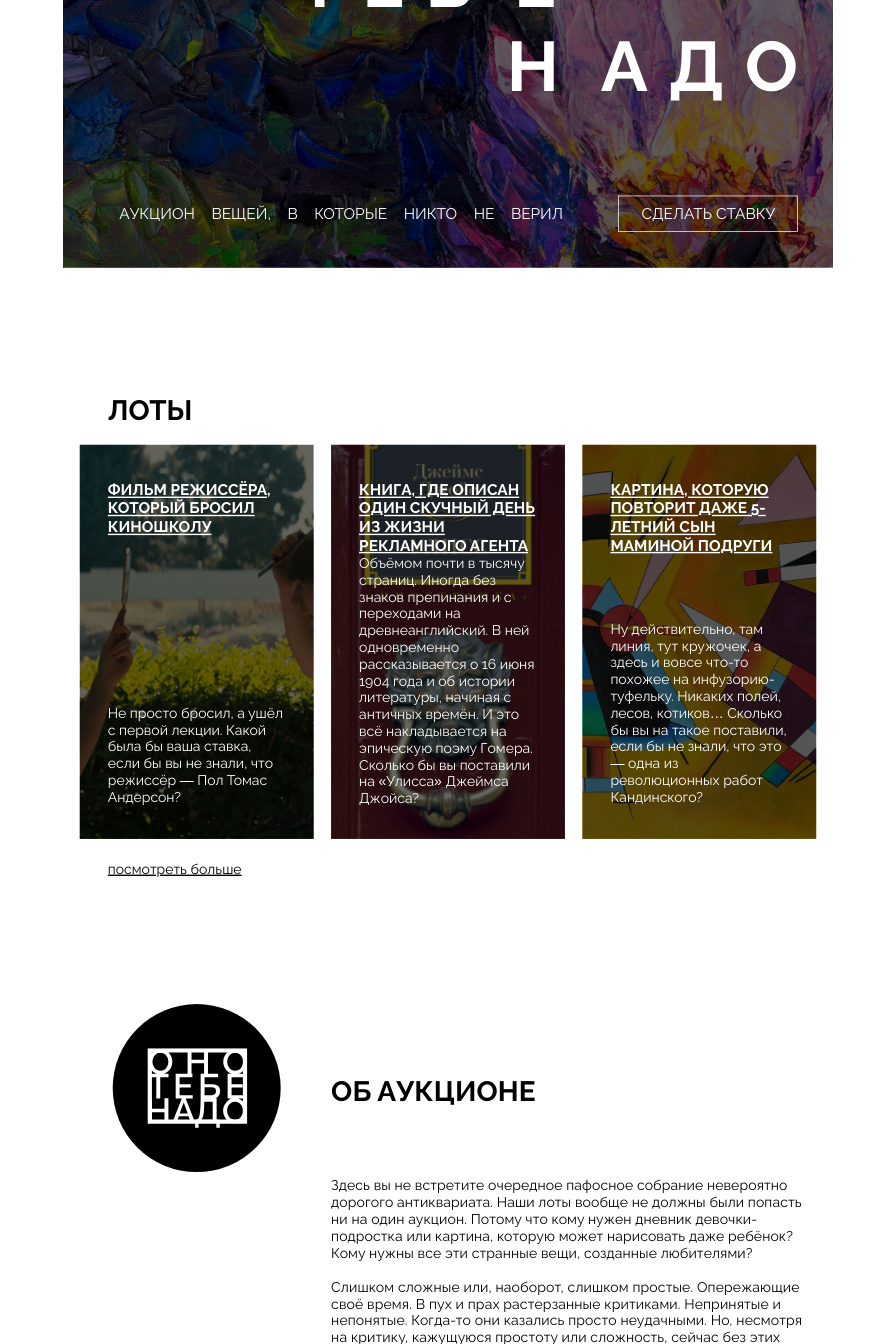
Repository: Smoyki/ono-tebe-nado
Page: index.html
The author's editor kept a copy of each file at every save. The page is drawn from the files as they stood at one save, then again after the next save.
The browser window is 1280 px wide. The pictures show the part of the page from y = 668 to 2588 px (the page is 3027 px tall), at 70% of full size.

Above is the page before, as saved 2024-04-18 12:05:54.

### index.html
<!DOCTYPE html>
<html lang="ru">
  <head>
    <meta charset="UTF-8" />
    <meta http-equiv="X-UA-Compatible" content="IE=edge" />
    <meta name="viewport" content="width=device-width, initial-scale=1.0" />
    <title>Оно тебе надо — аукцион вещей, в которые никто не верил!</title>
    <link rel = "stylesheet" href="./fonts/fonts.css" />
    <link rel = "stylesheet" href="./styles/global.css" />
    <link rel = "stylesheet" href="./styles/style.css" />
  </head>
  <body>
    <div class="wrapper">
    <header class= "header">
      <nav class="header__menu">
        <ul class = "header__links-list">
          <li class ="header__links-list-item_no-bullit"><a class ="header__link header__link_active" href="#">главная</a></li>
          <li class ="header__links-list-item"><a class ="header__link header__link_active" href="#">посмотреть лоты</a></li>
          <li class ="header__links-list-item"><a class ="header__link header__link_active" href="#">об аукционе</a></li>
        </ul>
      </nav>
        <a class="header__logo" ><img alt ='Логотип' class="header__logo-image" src="./images/logo-black.svg"/></a>
      <address class ="address header__address">
        <a class ='address__item'  href="tel:+99995555555">+9 999 555 5555</a>
        <a class ='address__item'  href="mailto:info@sobaka.ge">info@sobaka.ge</a>
        <p class="address__address-text" >
          наб. Принсенграхт 263-<br />265, Амстердам
        </p>
      </address>
    </header>
    <main class ="main_sections">
      <section class="cover content-section">
        <div class="overlay"></div>
          <h1 class="cover__title">
            <span class="aligned-text">о<span class="letter-spacing-extended">но</span></span>
            <span class="aligned-text aligned-text_center">те<span class="letter-spacing-extended">бе</span></span>
            <span class="aligned-text aligned-text_right"><span class="letter-spacing-extended">н</span>ад<span class="remove-spacing">о</span></span>
          </h1>
          <div class="cover__description">
            <p class="cover__description-text">
              Аукцион вещей, в которые никто не верил
            </p>
            <button class="bet-button">Сделать ставку</button>
        </div>
      </section>
      <section class="lots">
        <h2 class="lots__heading">Лоты</h2>
        <ul class="lots__card-list">
          <li class="lots__card-list-item">
            <a class="card-link" href="#0">
              <article class="card card_type_film">
                <div class="overlay">
                <h3 class="card__title">
                  Фильм режиссёра, который бросил киношколу
                </h3>
                <p class="card__text">
                  Не просто бросил, а ушёл с первой лекции. Какой была бы ваша
                  ставка, если бы вы не знали, что режиссёр — Пол Томас
                  Андерсон?
                </p>
              </div>
              </article>
            </a>
          </li>
          <li class="lots__card-list-item">
            <a class="card-link" href="#0">
              <article class="card card_type_book">
                <div class="overlay">
                <h3 class="card__title">
                  Книга, где описан один скучный день из жизни рекламного агента
                </h3>
                <p class="card__text">
                  Объёмом почти в тысячу страниц. Иногда без знаков препинания и
                  с переходами на древнеанглийский. В ней одновременно
                  рассказывается о 16 июня 1904 года и об истории литературы,
                  начиная с античных времён. И это всё накладывается на
                  эпическую поэму Гомера. Сколько бы вы поставили на «Улисса»
                  Джеймса Джойса?
                </p>
              </div>
              </article>
            </a>
          </li>
          <li class="lots__card-list-item">
            <a class="card-link" href="#0">
              <article class="card card_type_picture">
                <div class="overlay">
                <h3 class="card__title">
                  Картина, которую повторит даже 5-летний сын маминой подруги
                </h3>
                <p class="card__text">
                  Ну действительно, там линия, тут кружочек, а здесь и вовсе
                  что-то похожее на инфузорию-туфельку. Никаких полей, лесов,
                  котиков… Сколько бы вы на такое поставили, если бы не знали,
                  что это — одна из революционных работ Кандинского?
                </p>
              </div>
              </article>
            </a>
          </li>
        </ul>
        <a class="lots__look-more-link text-link" href="#0">посмотреть больше</a>
      </section>
      <section class="about content-section">
          <div class="logo__container">
          <div class="about__logo">
            <img
              class="about__logo-image"
              src="./images/logo-white.svg"
              alt="Логотип проекта"
            />
          </div>
        </div>
        <div class="second__column__text">
          <div class="about__column_text">
            <h2 class="about__title">Об аукционе</h2>
            <div class="about__text">
              <p>
                Здесь вы не встретите очередное пафосное собрание невероятно
                дорогого антиквариата. Наши лоты вообще не должны были попасть ни
                на один аукцион. Потому что кому нужен дневник девочки-подростка
                или картина, которую может нарисовать даже ребёнок? Кому нужны все
                эти странные вещи, созданные любителями?
              </p>
              <p>
                Слишком сложные или, наоборот, слишком простые. Опережающие своё
                время. В пух и прах растерзанные критиками. Непринятые и
                непонятые. Когда-то они казались просто неудачными. Но, несмотря
                на критику, кажущуюся простоту или сложность, сейчас без этих
                лотов невозможно представить современную культуру. Когда в эти
                вещи не верил никто, продолжали верить их создатели. И сейчас эти
                лоты стали культовыми.
              </p>
            </div>
          </div>
        </div>
      </section>
    </main>
      <footer class = 'footer'>
        <address class ="address_footer">
          <a class ='address__item'  href="tel:+99995555555">+9 999 555 5555</a>
          <a class ='address__item'  href="mailto:info@sobaka.ge">info@sobaka.ge</a>
          <p class="foother_address__address-text" >
            наб. Принсенграхт 263-<br />265, Амстердам
          </p>
        </address>
          <ul class = "footer__menu-list">
            <li class ="footer__menu-list-item"><a class ="footer__menu-link active" href="#">главная</a></li>
            <li class ="footer__menu-list-item"><a class ="footer__menu-link" href="#">посмотреть лоты</a></li>
            <li class ="footer__menu-list-item"><a class ="footer__menu-link" href="#">об аукционе</a></li>
          </ul>
        <ul class = "footer__social-list">
          <li class ="footer__social-list-item"><a class ="footer__social-link" href="#"><img class="footer__social-icon" src="./images/yt.svg" alt="Иконка"></a></li>
          <li class ="footer__social-list-item"><a class ="footer__social-link" href="#"><img class="footer__social-icon" src="./images/vk.svg" alt="Иконка"></a></li>
          <li class ="footer__social-list-item"><a class ="footer__social-link" href="#"><img class="footer__social-icon" src="./images/pinterest.svg" alt="Иконка"></a></li>
        </ul>
      </footer>
    </div>
  </body>
</html>

### styles/style.css
.main_sections {
  flex-direction: column;
  display: flex;
}

.content-section {
  margin: auto 0;
  width: 100%;
}

.header {
  max-width: 1052px;
  margin: auto;
  padding: 92px 24px 92px 19px;
  display: grid;
  grid-template-columns: 2fr 1fr 2fr;
  justify-content: space-around;
  justify-items: center;
  align-items: center;
}

.header__links-list {
  display: flex;
  flex-direction: row;
  gap: 34px;
  list-style: none;
  font-size: 18px;
  line-height: 21px;
}

.header__menu {
  max-width: 392px;
}

.header__links-list-item {
  list-style: circle;
  text-decoration: underline;
}

.header__links-list-item_no-bullit {
  list-style: none;
}

.header__link {
  font-size: 18px;
  text-decoration:underline;
}

.header__link_active {
  text-decoration:none;
}

.header__logo {
  display:block;
  justify-self: center;
  align-self: center;
  width: fit-content;
  height: fit-content;
}

.header__logo-image {
  width: 148px;
  height: 105px;
  margin: auto;
}

.address {
  max-width: 241px;
  display: flex;
  flex-direction: column;
  font-size: 18px;
  font-style: normal;
  justify-self: end;
  line-height: 135%;
  padding: 0px 38px 0px 0px;
}


.header__address {
  display: flex;
  justify-self: end;
}

.address__item {
  display: flex;
  text-underline-position: under;
}

.cover {
  position: relative;
  padding: 0px 0px 0px 0px;
  background-image: url(../images/cover.jpg);
  background-position:center;
  background-repeat: no-repeat;
  max-width:1100px;
  background-size: cover;
  height: 100%;
  padding: 165px 50px 51px 50px;
}

.overlay {
  position: absolute;
  top: 0;
  left: 0;
  z-index: 1;
  width: 100%;
  height: 100%;
  background: rgba(0, 0, 0, 0.6);
}

.cover__title {
  position: relative;
  z-index: 1;
  line-height: 1.15;
  letter-spacing: 30px;
  text-transform: uppercase;
  display: flex;
  flex-direction: column;
  gap: 20px;
  color: #FFF;
  font-weight: bold;
  font-size: 100px;

}

.aligned-text {
  display: block;
}

.aligned-text_center {
  line-height: 1;
  text-align: center;
}

.aligned-text_right {
  line-height: 1;
  text-align: right;
}

.letter-spacing-extended {
  letter-spacing: 60px;
}

.remove-spacing {
  letter-spacing: normal;
}

.cover__description {
  position: relative;
  z-index: 1;
  display: flex;
  justify-content: flex-end;
  align-items: center;
  gap: 79px;
  padding: 135px 0px 0px 0px;
}

.cover__description-text {
  color: #FFF;
  font-size: 22px;
  line-height: 1.27;
  text-transform: uppercase;
  word-spacing: 18px;
}

.bet-button {
  border: 1px #FFF solid;
  padding: 12px 32px;
  color: #FFF;
  font-family: 'Raleway', sans-serif;
  font-weight: normal;
  font-size: 22px;
  line-height: 26px;
  text-transform: uppercase;
  background-color: transparent;
  cursor: pointer;
}

.bet-button:hover {
  color: #000000;
  background-color: #FFF;
}


.lots {
  padding:179px 24px 146px 24px;
 }

 .lots__heading {
  text-transform: uppercase;
  font-size: 40px;
  padding: 0px 891px 27px 40px;
  line-height: 47px;
  font-weight: 700;
  max-width: 563px;
}

.lots__card-list {
  display: flex;
  gap: 25px;
  list-style: none;
  flex-wrap: wrap;
}

.lots__card-list-item {
  flex-grow:1;
  width: max-content;
}

.card_link {
  display: block;
  height: 100%;
  text-decoration: none;
}

.card {
  display: block;
  position: relative;
  max-width:334px;
  min-height:563px;
  background-repeat: no-repeat;
  background-size: cover;
  background-position: center;
}

.card__title {
  font-size: 22px;
  line-height: 120%;
  text-decoration-line: underline;
  text-transform: uppercase;
  font-family: "Raleway", sans-serif;
  font-style: normal;
  font-weight: 700;
  color: #FFFFFF;
  z-index: 1;
}

.card__text {
  font-family: "Raleway", sans-serif;
  font-style: normal;
  font-weight: 400;
  font-size: 20px;
  line-height: 120%;
  color: #FFFFFF;
  z-index: 1;
}

.card_type_film {
  background-image: url(../images/card-lot-01.jpg);
}

.card_type_book {
  background-image: url(../images/card-lot-02.jpg);

}

.card_type_picture {
  background-image: url(../images/card-lot-03.jpg);
}

.lots .overlay {
  display: flex;
  position: absolute;
  top: 0;
  left: 0;
  z-index: 0;
  padding: 51px 40px 48px 40px;
  flex-direction: column;
  justify-content: space-between;
  text-align: left;
}

.lots__look-more-link {
  display: block;
  padding: 32px 820px 0px 40px;
  font-style: normal;
  font-weight: 400;
  font-size: 20px;
  line-height: 23px;
  color: rgba(0, 0, 0);
}


/* Тут начало секции about */
.about {
  display:  grid;
  grid-template-columns: 287px auto;
  padding:0px 0px 0px 24px;
  min-height: 595px;
  max-width: 1052px;
  column-gap:72px;
}

.about__column_text {
  padding-top:135px;
  display: flex;
  height: fit-content;
  font-family: "Raleway", sans-serif;
  font-style: normal;
  font-weight: 400;
  font-size: 20px;
  line-height: 24px;
  letter-spacing: 0.01em;
  flex-direction: column;
  gap:100px;
  min-width: 693px;
}

.about__logo {
  display: flex;
  justify-content: center;
  align-items: center;
  border-radius: 50%;
  background-color: #000000;
  width: 240px;
  height: 240px;
}

.logo__container {
  display: block;
  position: relative;
  padding:35px 0px 0px 47px;
  width:fit-content;
  height:fit-content;
}

.about__logo-image {
  width: 148px;
  height: 114px;
}

.about__title {
  /* padding: 3px 0px 100px 0px; */
  font-weight: bold;
  font-size: 40px;
  line-height: 47px;
  text-transform: uppercase;
}

.about__text {
  display: flex;
  flex-direction:column;
  gap: 25px;
}

.about__text p:nth-child(1) {
 letter-spacing: 0.01rem;
}


.footer {
  display: flex;
  justify-content: space-between;
  padding: 179px 50px 88px 50px;
  gap:25px;
}

.footer__social-icon {
  width: 48px;
  height: 48px;
}

.address_footer {
  display: flex;
  flex-direction:column;
  width: 240px;

}

.footer__menu-list {
  display: flex;
  flex-direction: column;
  align-items: center;
  font-size: 18px;
  line-height: 24.3px;
  width: 150px;
  height: fit-content;
}

.foother__links-list {
  display:flex;
  flex-direction:column;
}

.footer__social-list-item {
  list-style: none;
  font-family: "Raleway", sans-serif;
  line-height: 21.13px;
}

.footer__menu-list-item {
  list-style: none;
  font-family: "Raleway", sans-serif;
}

.footer__menu-link.active {
  text-decoration:none;

}

.footer__menu-link {
  font-size: 18px;
  line-height: 21.1px;
  font-family: "Raleway", sans-serif;
}

.footer__social-list {
  display:flex;
  gap: 48px;
  list-style: none;
}

.footer .address__item {
  font-size: 18px;
  line-height: 24.3px;
  font-family: "Raleway", sans-serif;
}

.foother_address__address-text {
  font-size: 18px;
  line-height: 24.3px;
  font-family: "Raleway", sans-serif;
}

Loaded but not shown: fonts/fonts.css (common file); styles/global.css (common file)

After the next save:
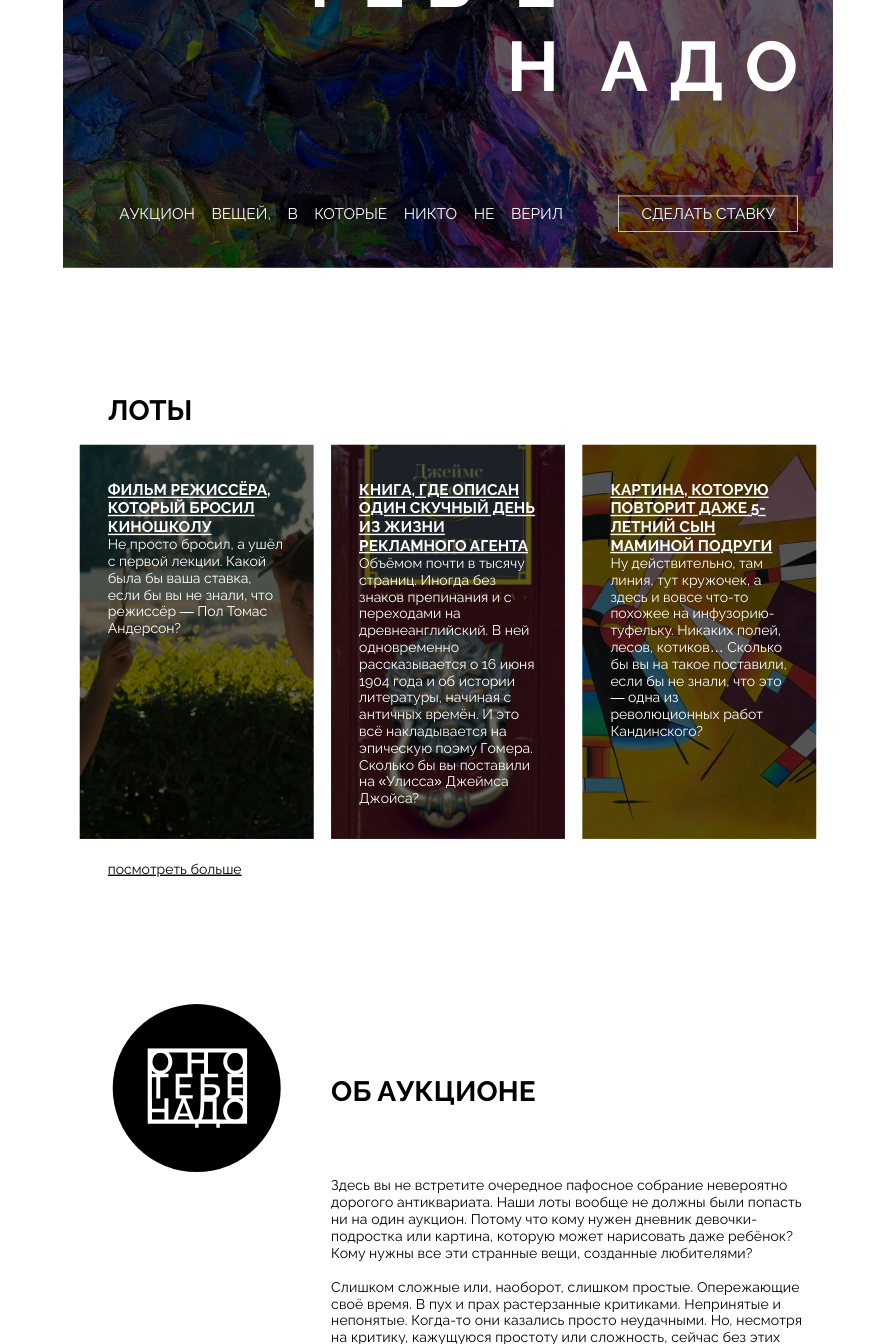
Saved 6 s later.
--- a/styles/style.css
+++ b/styles/style.css
@@ -259,10 +259,6 @@
 }
 
 .lots .overlay {
-  display: flex;
-  position: absolute;
-  top: 0;
-  left: 0;
   z-index: 0;
   padding: 51px 40px 48px 40px;
   flex-direction: column;

After the 2 saves that followed:
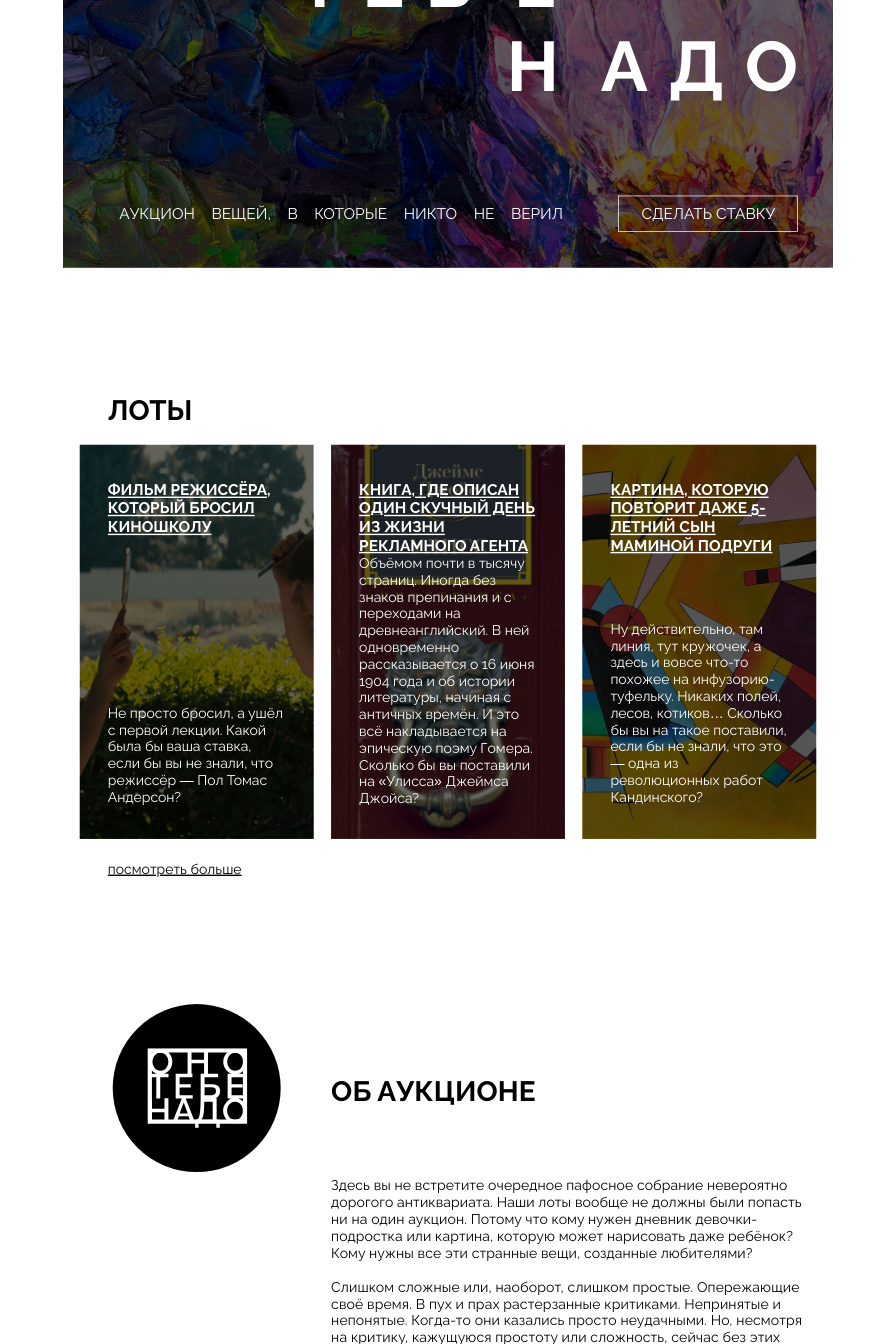
The 2 saves are shown as one change because they came seconds apart.
The last was saved 12 s later.
--- a/styles/style.css
+++ b/styles/style.css
@@ -259,7 +259,14 @@
 }
 
 .lots .overlay {
+  display: flex;
+  position: absolute;
+  top: 0;
+  left: 0;
   z-index: 0;
+  width: 100%;
+  height: 100%;
+  background: rgba(0, 0, 0, 0.6);
   padding: 51px 40px 48px 40px;
   flex-direction: column;
   justify-content: space-between;
